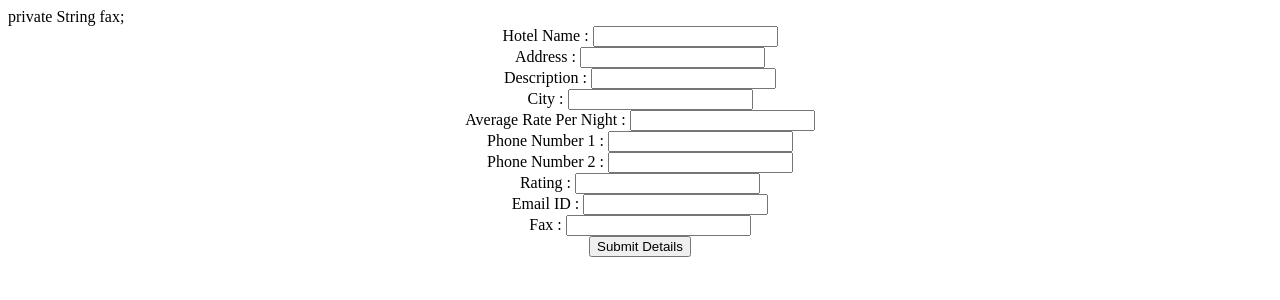
Repository: dishangjain/SpringProject
Page: http://localhost/HotelBookingManagementSystem/JSPs/AddNewHotel.jsp
An editor plug-in stored every save of this project. The page is shown before and after the next save, followed by the edit.
The browser window is 1280 px wide. The pictures show the whole page.
The page is served by Tomcat 9. Nobody is signed in. The application's start-up code is not run. Other server files are loaded and not shown. The template is opened directly, without the code that normally fills it, so the values that code supplies are empty.

Above is the page before, as saved 2017-10-14 09:31:20.

### HotelBookingManagementSystem/WebContent/JSPs/AddNewHotel.jsp
<%@ page language="java" contentType="text/html; charset=ISO-8859-1"
    pageEncoding="ISO-8859-1"%>
    <%@ taglib uri="http://www.springframework.org/tags/form" prefix="form"%>
<!DOCTYPE html PUBLIC "-//W3C//DTD HTML 4.01 Transitional//EN" "http://www.w3.org/TR/html4/loose.dtd">
<html>
	<head>
		<meta http-equiv="Content-Type" content="text/html; charset=ISO-8859-1">
		<title>Insert title here</title>
	</head>
	<body>



	private String fax;



		<center>
			<form:form method="post" modelAttribute="hotelBean" action="addHotelDetails.do">

	  			<label for="hotelName">Hotel Name :</label>
		  		<form:input path="hotelName" id="hotelName" type="text"/><br/>

		  		<label for="address">Address :</label>
		  		<form:input path="address" id="address" type="text"/><br/>

		  		<label for="description">Description :</label>
		  		<form:input path="description" id="description" type="text"/><br/>

		  		<label for="city">City :</label>
		  		<form:input path="city" id="city" type="text"/><br/>

		  		<label for="avgRatePerNight">Average Rate Per Night :</label>
		  		<form:input path="avgRatePerNight" id="avgRatePerNight" type="text"/><br/>

		  		<label for="phoneNumber1">Phone Number 1 :</label>
		  		<form:input path="phoneNumber1" id="phoneNumber1" type="text"/><br/>

		  		<label for="phoneNumber2">Phone Number 2 :</label>
		  		<form:input path="phoneNumber2" id="phoneNumber2" type="text"/><br/>

		  		<label for="rating">Rating :</label>
		  		<form:input path="rating" id="rating" type="text"/><br/>

		  		<label for="email">Email ID :</label>
		  		<form:input path="email" id="email" type="text"/><br/>

		  		<label for="fax">Fax :</label>
		  		<form:input path="fax" id="fax" type="text"/><br/>


		  		<input type="submit" value="Submit Details"/>
			</form:form>
		</center>



	</body>
</html>

After the next save:
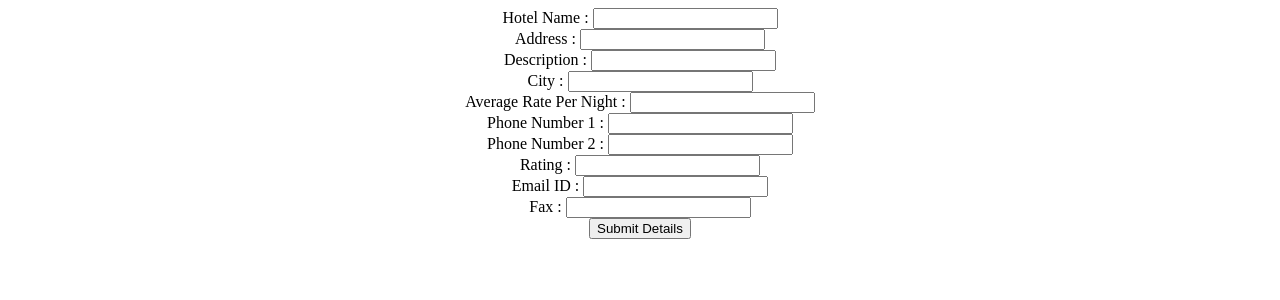
Saved 12 s later.
--- a/HotelBookingManagementSystem/WebContent/JSPs/AddNewHotel.jsp
+++ b/HotelBookingManagementSystem/WebContent/JSPs/AddNewHotel.jsp
@@ -8,12 +8,6 @@
 		<title>Insert title here</title>
 	</head>
 	<body>
-
-
-
-	private String fax;
-
-
 
 		<center>
 			<form:form method="post" modelAttribute="hotelBean" action="addHotelDetails.do">
